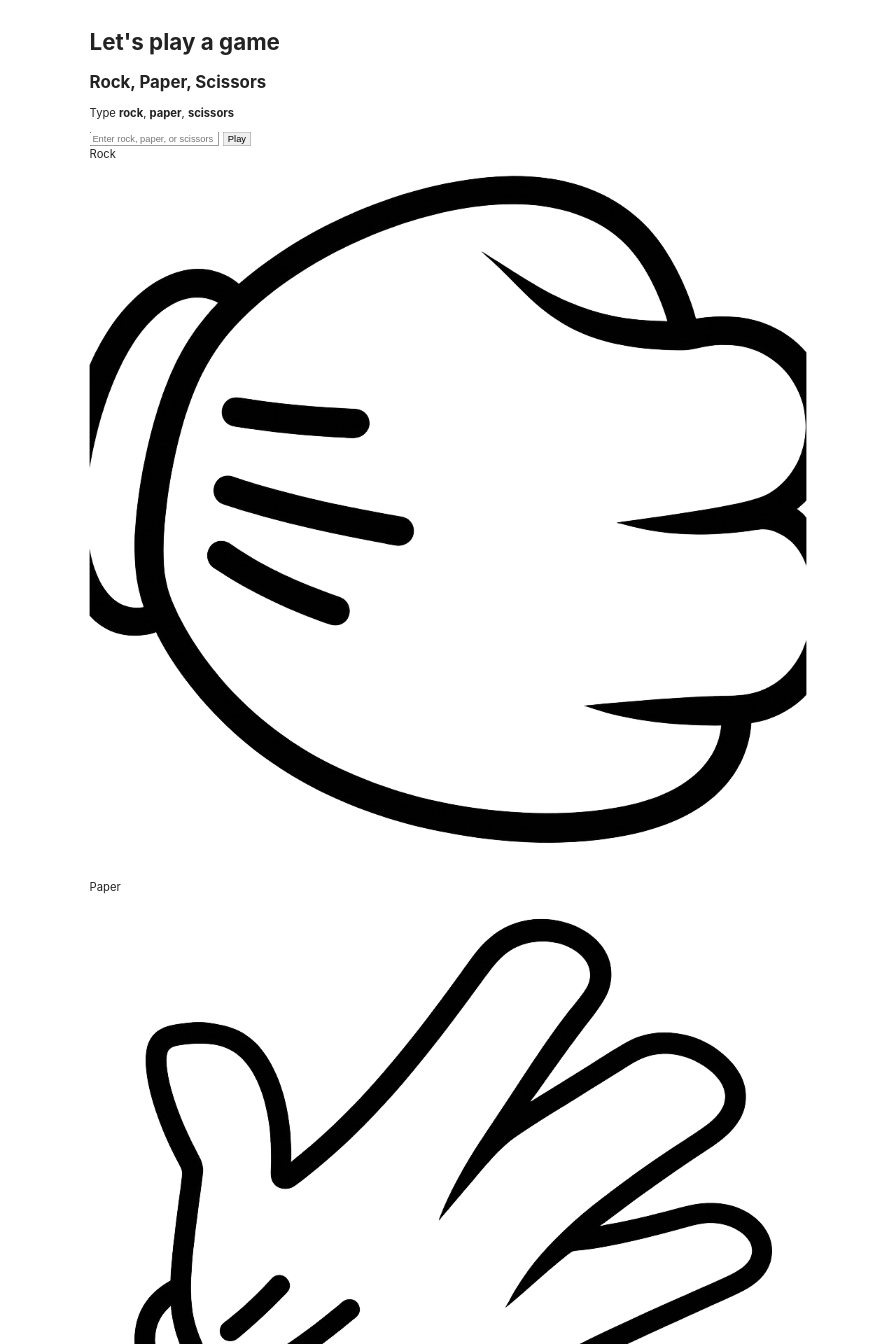
Repository: brittanyramirez/RPS-Game
Page: rps.html
These files come from the project's save history. The page is drawn as it stood at one moment and after a run of saves; the edit follows.
The browser window is 1280 px wide. The pictures show the part of the page from y = 0 to 1920 px (the page is 3905 px tall), at 70% of full size.

Above is the page before, as saved 2025-11-14 11:15:23.

After the next 4 saves:
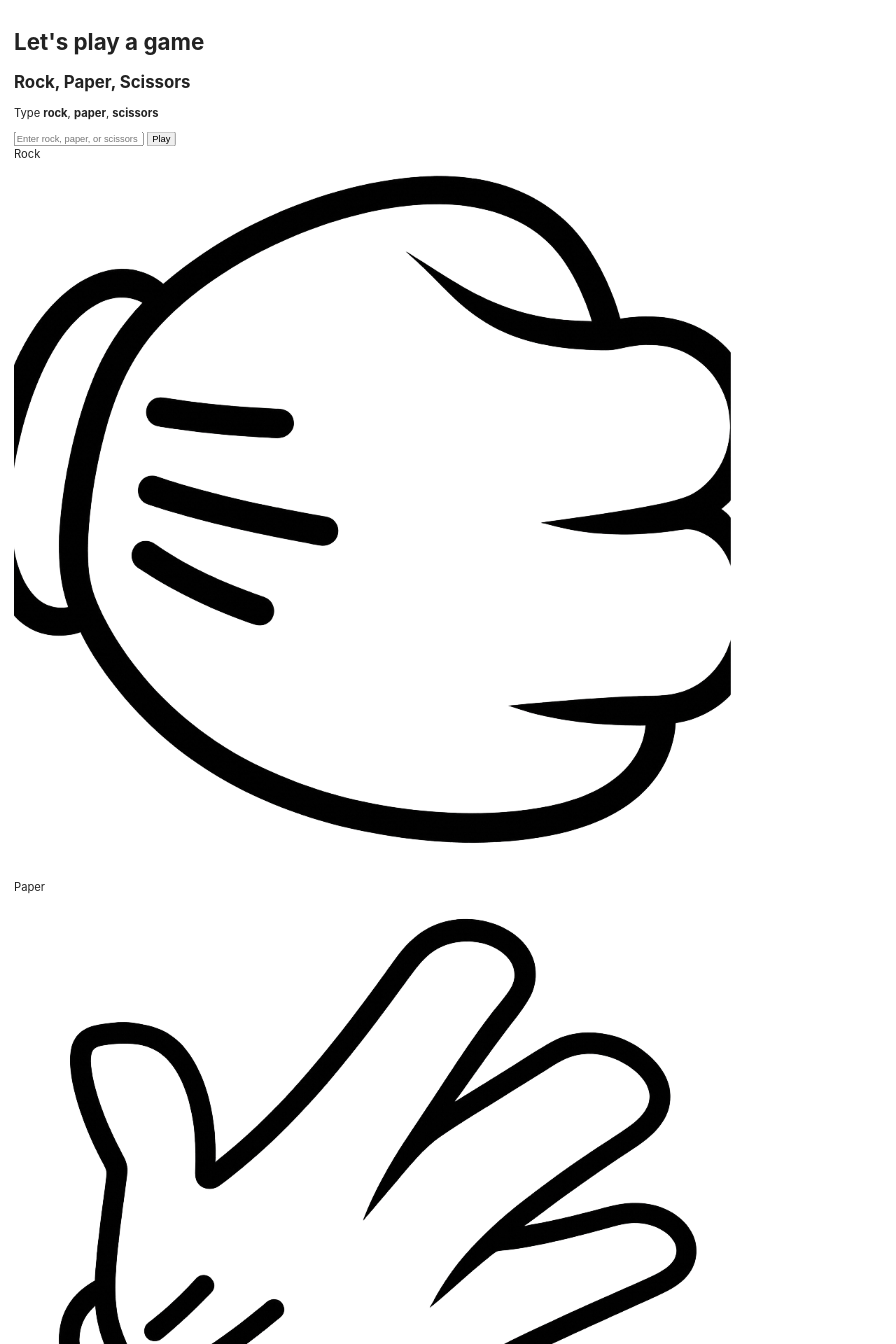
The 4 saves are shown as one change because they came seconds apart.
The last was saved 17 s later.
--- a/rps.css
+++ b/rps.css
@@ -22,5 +22,6 @@
 }
 
 .container{
-
+    width: 100%;
+    max-width: ;
 }
